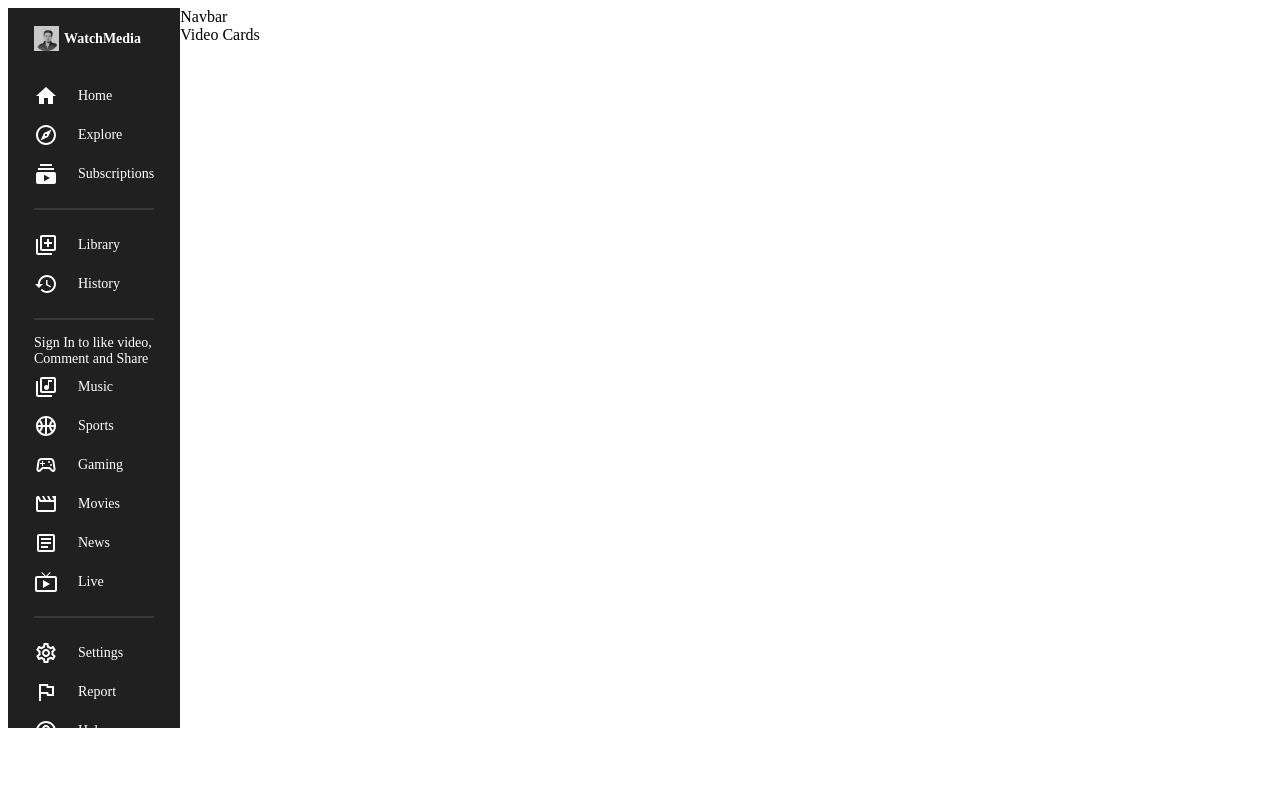
Repository: inzamamahmad3/final-year-project-skeleton
Page: /video/test
The author's editor kept a copy of each file at every save. The page is drawn from the files as they stood at one save, then again after the next save.
The browser window is 1280 px wide. The pictures show the whole page.
The project was rebuilt for these pictures with package versions that can differ from the ones it lists, and the page was loaded fresh each time.

Above is the page before, as saved 2023-07-18 00:24:31.

### src/App.js
import styled from "styled-components";
import Menu from "./components/Menu";
import Navbar from "./components/Navbar";

const Container = styled.div`
  display: flex;
`;
const Main = styled.div`
  flex: 7;
`;
const Wrapper = styled.div``;

function App() {
  return (
    <>
      <Container>
        <Menu />
        <Main>
          <Navbar />
          <Wrapper>Video Cards</Wrapper>
        </Main>
      </Container>
    </>
  );
}

export default App;

### src/components/Menu.jsx
import React from "react";
import styled from "styled-components";
import watch from "../img/pic.png";
import HomeIcon from "@mui/icons-material/Home";
import ExploreOutlinedIcon from "@mui/icons-material/ExploreOutlined";
import SubscriptionsIcon from "@mui/icons-material/Subscriptions";
import LibraryAddOutlinedIcon from "@mui/icons-material/LibraryAddOutlined";
import HistoryOutlinedIcon from "@mui/icons-material/HistoryOutlined";
import LibraryMusicOutlinedIcon from "@mui/icons-material/LibraryMusicOutlined";
import SportsEsportsOutlinedIcon from "@mui/icons-material/SportsEsportsOutlined";
import SportsBasketballOutlinedIcon from "@mui/icons-material/SportsBasketballOutlined";
import MovieOutlinedIcon from "@mui/icons-material/MovieOutlined";
import ArticleOutlinedIcon from "@mui/icons-material/ArticleOutlined";
import LiveTvOutlinedIcon from "@mui/icons-material/LiveTvOutlined";
import AccountCircleOutlinedIcon from "@mui/icons-material/AccountCircleOutlined";
import SettingsOutlinedIcon from "@mui/icons-material/SettingsOutlined";
import FlagOutlinedIcon from "@mui/icons-material/FlagOutlined";
import HelpOutlineOutlinedIcon from "@mui/icons-material/HelpOutlineOutlined";
import SettingsBrightnessOutlinedIcon from "@mui/icons-material/SettingsBrightnessOutlined";
import { Link } from "react-router-dom";

const Container = styled.div`
  flex: 1;
  background-color: #202020;
  height: 100vh;
  color: white;
  font-size: 14px;
`;

const Wrapper = styled.div`
  padding: 18px 26px;
`;

const Logo = styled.div`
  display: flex;
  align-items: center;
  gap: 5px;
  font-weight: bold;
  margin-bottom: 25px;
`;

const Item = styled.div`
  display: flex;
  align-items: center;
  gap: 20px;
  cursor: pointer;
  padding: 7.5px 0px;
`;

const Img = styled.img`
  height: 25px;
`;

const Hr = styled.hr`
  margin: 15px 0px;
  border: 0.5px solid #373737;
`;

const Login = styled.div``;
const Button = styled.div``;

function Menu() {
  return (
    <Container>
      <Wrapper>
        <Logo>
          <Img src={watch} />
          WatchMedia
        </Logo>
        <Item>
          <HomeIcon />
          Home
        </Item>
        <Item>
          <ExploreOutlinedIcon />
          Explore
        </Item>
        <Item>
          <SubscriptionsIcon />
          Subscriptions
        </Item>
        <Hr />
        <Item>
          <LibraryAddOutlinedIcon />
          Library
        </Item>
        <Item>
          <HistoryOutlinedIcon />
          History
        </Item>
        <Hr />
        <Login>Sign In to like video, Comment and Share</Login>
        <Item>
          <LibraryMusicOutlinedIcon />
          Music
        </Item>
        <Item>
          <SportsBasketballOutlinedIcon />
          Sports
        </Item>
        <Item>
          <SportsEsportsOutlinedIcon />
          Gaming
        </Item>
        <Item>
          <MovieOutlinedIcon />
          Movies
        </Item>
        <Item>
          <ArticleOutlinedIcon />
          News
        </Item>
        <Item>
          <LiveTvOutlinedIcon />
          Live
        </Item>
        <Hr />
        <Item>
          <SettingsOutlinedIcon />
          Settings
        </Item>
        <Item>
          <FlagOutlinedIcon />
          Report
        </Item>
        <Item>
          <HelpOutlineOutlinedIcon />
          Help
        </Item>
        <Item>
          <SettingsBrightnessOutlinedIcon />
          Dark Mode
        </Item>
      </Wrapper>
    </Container>
  );
}

export default Menu;

Loaded but not shown: public/index.html (common file); src/index.js (common file); src/components/Navbar.jsx (common file)

After the next save:
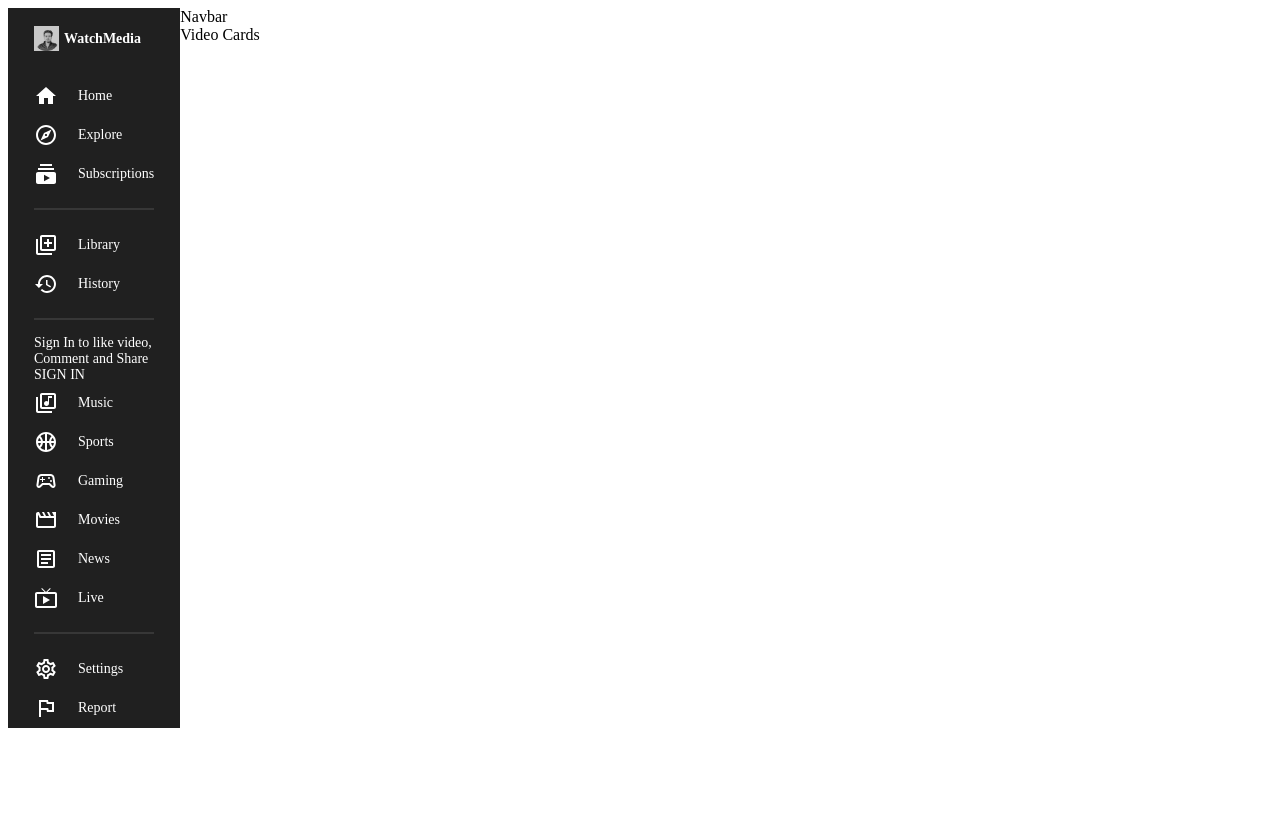
Saved 9 min 49 s later.
--- a/src/components/Menu.jsx
+++ b/src/components/Menu.jsx
@@ -89,7 +89,11 @@ function Menu() {
           History
         </Item>
         <Hr />
-        <Login>Sign In to like video, Comment and Share</Login>
+        <Login>
+          Sign In to like video, Comment and Share
+          <Button> SIGN IN</Button>
+        </Login>
+
         <Item>
           <LibraryMusicOutlinedIcon />
           Music
